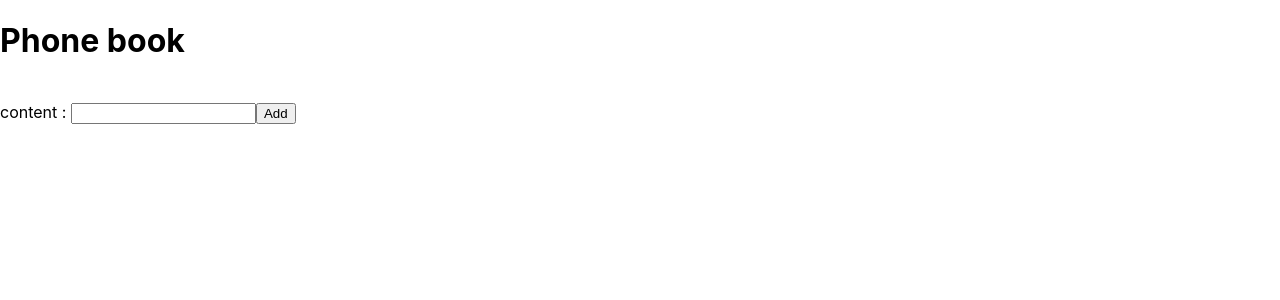
Repository: Marwa-Medhat/ReactJS-Labs
Page: /todolist (app in myapp/)
The author's editor kept a copy of each file at every save. The page is drawn from the files as they stood at one save, then again after the next save.
The browser window is 1280 px wide. The pictures show the whole page.
The project was rebuilt for these pictures with package versions that can differ from the ones it lists, and the page was loaded fresh each time.

Above is the page before, as saved 2021-04-28 17:39:15.

### myapp/src/index.js
import React from 'react';
import ReactDOM from 'react-dom';
import './index.css';
// import App from './App';
import App from './App2';
import reportWebVitals from './reportWebVitals';

ReactDOM.render(
    <App />,
  document.getElementById('root')
);

// If you want to start measuring performance in your app, pass a function
// to log results (for example: reportWebVitals(console.log))
// or send to an analytics endpoint. Learn more: https://bit.ly/CRA-vitals
reportWebVitals();

### myapp/src/App2.js
import React from 'react';

class App extends React.Component{

    constructor(){
        super();
        this.state={
            contacts:[]
        }
    }

    componentDidMount(){
        if(localStorage["contacts"]){
        let contacts = JSON.parse(localStorage["contacts"])

        this.setState({contacts:contacts})
        }
    }

    addContact=(contact)=>{
        this.state.contacts.push(contact);
        this.setState({contacts:this.state.contacts});
        this.saveToLocalStorage();
    }

    saveToLocalStorage=()=>{
        localStorage["contacts"] = JSON.stringify(this.state.contacts);
    }

    render(){
        return <div>
            <h1>Phone book</h1>
            {/* <DisplayContacts contacts={this.state.contacts} /> */}
            <AddContact addContact={this.addContact} />
        </div>
    }

}


class AddContact extends React.Component{

    constructor(props){
        super();
        this.state={
            content:"",

        }
    }

    addTask=()=>{
        let contact = {
            content:this.state.content,
        }

        this.props.addContact(contact);
    }


    render(){
        return <div>
            {this.state.error}<br/>
            content : <input type="text" value={this.state.name} onChange={(e)=>this.setState({content:e.target.value})} />
            <button onClick={this.addTask} >Add</button>
        </div>
    }
}


// class DisplayContacts extends React.Component{
//     render(){
//         return <div>
//             {this.props.contacts.length > 0 ?this.props.contacts.map((item)=>{
//                 return <DisplayContact contact={item} key={item.phone} />
//             }):"Empty"}
//         </div>
//     }
// }

// DisplayContacts.defaultProps={
//     contacts:[]
// }

// class DisplayContact extends React.Component{
//     render(){
//         return <div>
//             Name : {this.props.contact.name} <br/>
//             Email : {this.props.contact.email} <br/>
//             Phone : <a href={"tel:"+this.props.contact.phone}>{this.props.contact.phone}</a> <hr/>
//         </div>
//     }
// }


export default App;

Loaded but not shown: myapp/public/index.html (common file); myapp/src/index.css (common file); myapp/src/reportWebVitals.js (common file)

After the next save:
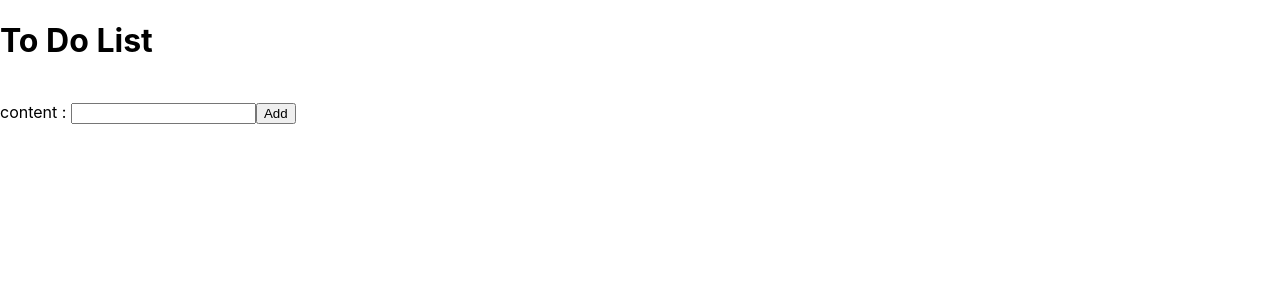
Saved 3 min 1 s later.
--- a/myapp/src/App2.js
+++ b/myapp/src/App2.js
@@ -5,31 +5,31 @@ class App extends React.Component{
     constructor(){
         super();
         this.state={
-            contacts:[]
+            contents:[]
         }
     }
 
     componentDidMount(){
-        if(localStorage["contacts"]){
-        let contacts = JSON.parse(localStorage["contacts"])
+        if(localStorage["contents"]){
+        let contacts = JSON.parse(localStorage["contents"])
 
-        this.setState({contacts:contacts})
+        this.setState({contents:contents})
         }
     }
 
-    addContact=(contact)=>{
-        this.state.contacts.push(contact);
-        this.setState({contacts:this.state.contacts});
+    addContent=(content)=>{
+        this.state.contacts.push(content);
+        this.setState({contents:this.state.contents});
         this.saveToLocalStorage();
     }
 
     saveToLocalStorage=()=>{
-        localStorage["contacts"] = JSON.stringify(this.state.contacts);
+        localStorage["contents"] = JSON.stringify(this.state.contents);
     }
 
     render(){
         return <div>
-            <h1>Phone book</h1>
+            <h1>To Do List</h1>
             {/* <DisplayContacts contacts={this.state.contacts} /> */}
             <AddContact addContact={this.addContact} />
         </div>
@@ -53,7 +53,7 @@ class AddContact extends React.Component{
             content:this.state.content,
         }
 
-        this.props.addContact(contact);
+        this.props.addTask(content);
     }
 
 
